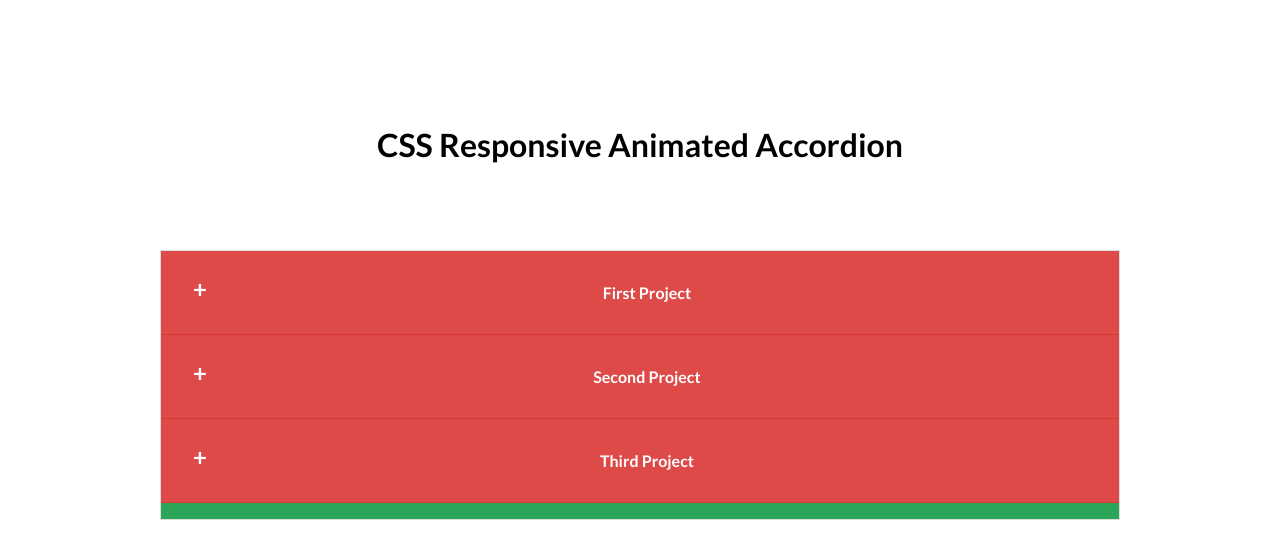
Repository: Imprasna/personalperform
Page: index.html
An editor plug-in stored every save of this project. The page is shown before and after the next save, followed by the edit.
The browser window is 1280 px wide. The pictures show the whole page.
The style sheet was rebuilt from its Sass, Less or Tailwind sources for each picture, by a compiler version that may differ from the author's.

Above is the page before, as saved 2021-12-30 22:27:23.

After the next save:
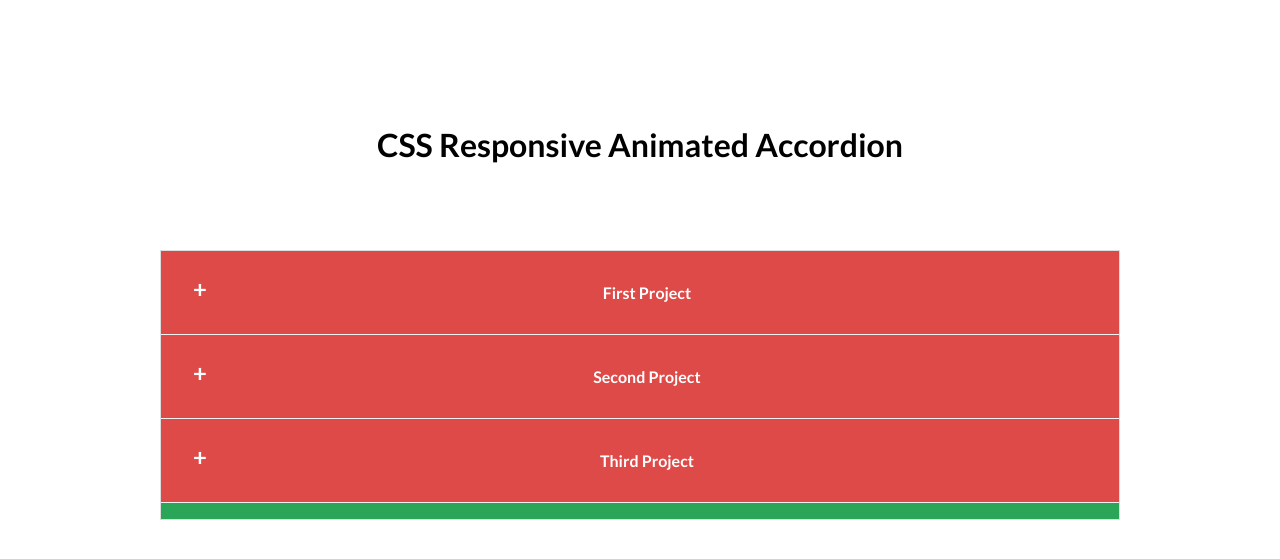
Saved 20 s later.
--- a/accordion.scss
+++ b/accordion.scss
@@ -53,7 +53,7 @@
             text-decoration:none;
             color:#fff;
             transition:background-color 0.5s ease-in-out;
-    border-bottom:1px solid darken(#DD4A48, 5%);
+    border-bottom:1px solid darken(#fff, 5%);
     &:before {
      content: "+";
      font-size:1.5em;
